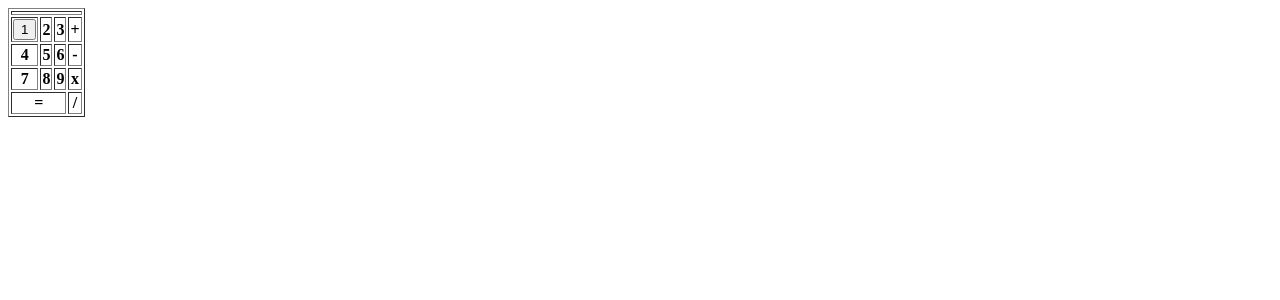
Repository: oUYUo/javaweb_and_javaBaseKnowLedge
Page: http://localhost/computer/
An editor plug-in stored every save of this project. The page is shown before and after the next save, followed by the edit.
The browser window is 1280 px wide. The pictures show the whole page.
The page is served by Tomcat 9.

Above is the page before, as saved 2018-02-27 08:59:09.

### computer/WebContent/index.jsp
<%@ page language="java" contentType="text/html; charset=UTF-8"
    pageEncoding="UTF-8"%>
<!DOCTYPE html PUBLIC "-//W3C//DTD HTML 4.01 Transitional//EN" "http://www.w3.org/TR/html4/loose.dtd">
<html>
<head>
<meta http-equiv="Content-Type" content="text/html; charset=UTF-8">
<title>Insert title here</title>
</head>
<body>

<form action="index.jsp" method="post">
<table border="1" cellpadding="1">
  <tr>
  <td colspan="4"></td>

  <tr>
    <th><button name="1" value="1" >1</button></th>
    <th>2</th>
    <th>3</th>
    <th>+</th>
  </tr>
  <tr>
    <th>4</th>
    <th>5</th>
    <th>6</th>
    <th>-</th>
  </tr>
   <tr>
    <th>7</th>
    <th>8</th>
    <th>9</th>
    <th>x</th>
  </tr>
  <tr>
  	<th colspan="3">=</th>
  	<th>/</th>
  </tr>
</table>
</form>
</body>
</html>

After the next save:
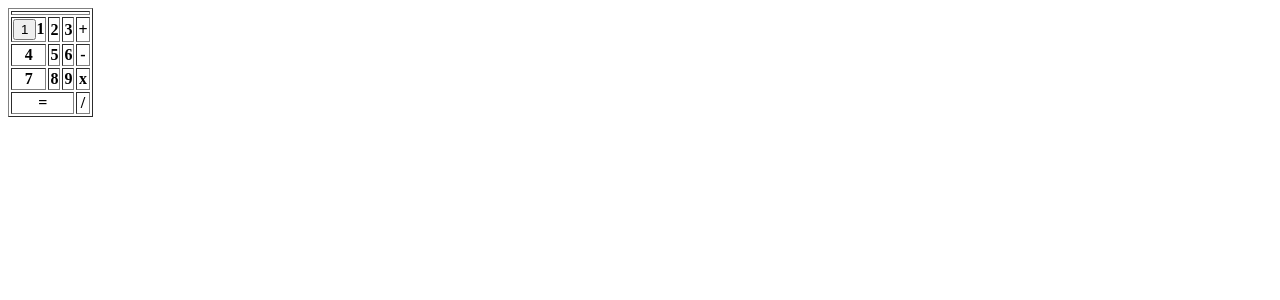
Saved 110 s later.
--- a/computer/WebContent/index.jsp
+++ b/computer/WebContent/index.jsp
@@ -14,7 +14,7 @@
   <td colspan="4"></td>
 
   <tr>
-    <th><button name="1" value="1" >1</button></th>
+    <th><input type="button" name="1" value="1">1</th>
     <th>2</th>
     <th>3</th>
     <th>+</th>

After the save that followed:
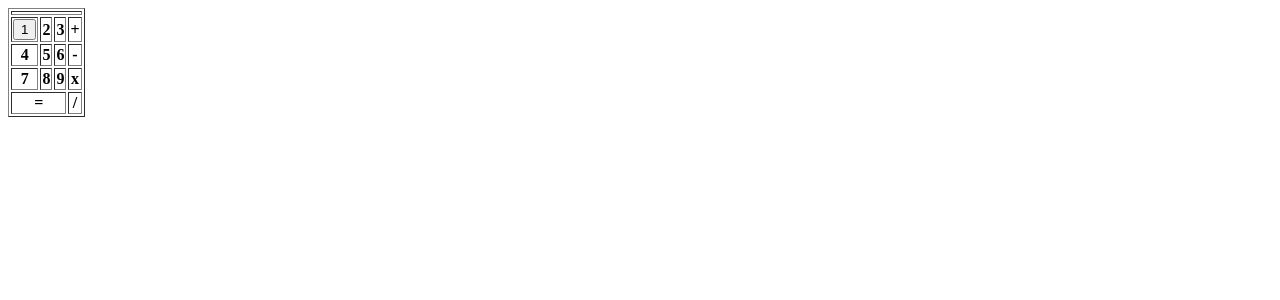
Saved 10 s later.
--- a/computer/WebContent/index.jsp
+++ b/computer/WebContent/index.jsp
@@ -14,7 +14,7 @@
   <td colspan="4"></td>
 
   <tr>
-    <th><input type="button" name="1" value="1">1</th>
+    <th><input type="button" name="1" value="1"></th>
     <th>2</th>
     <th>3</th>
     <th>+</th>
